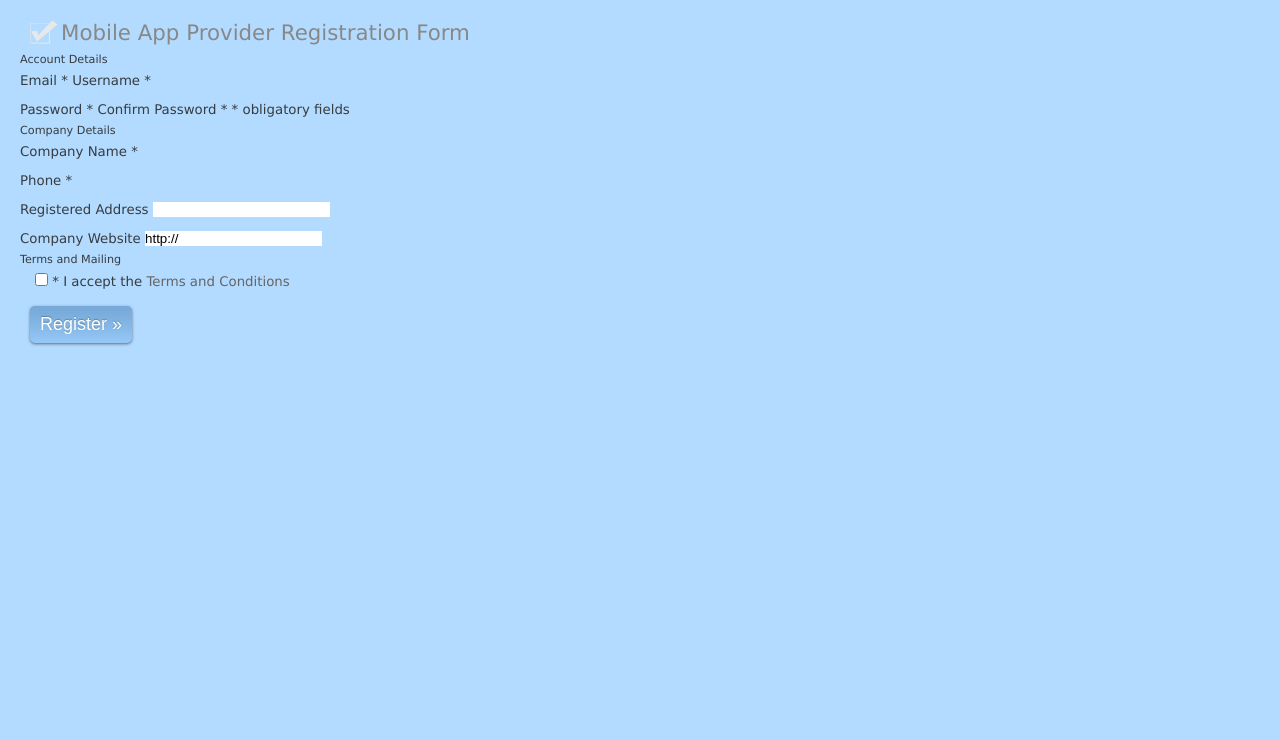
Repository: Bindu1006/CrowdTester
Page: http://localhost/CrowdTesterProject/jsp/AppProviderRegistrationPage.jsp
The author's editor kept a copy of each file at every save. The page is drawn from the files as they stood at one save, then again after the next save.
The browser window is 1280 px wide. The pictures show the whole page.
The page is served by Tomcat 9.

Above is the page before, as saved 2015-11-25 00:39:57.

After the next save:
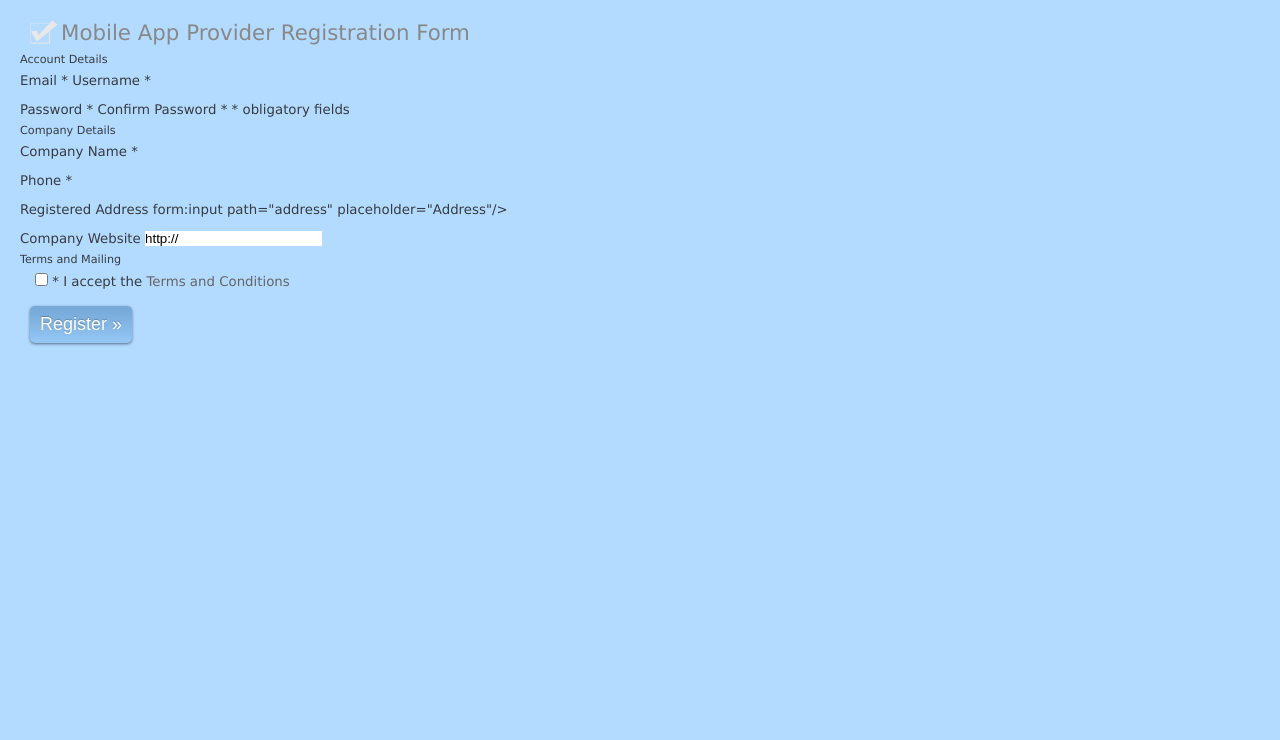
Saved 119 s later.
--- a/CrowdTesterProject/WebContent/jsp/AppProviderRegistrationPage.jsp
+++ b/CrowdTesterProject/WebContent/jsp/AppProviderRegistrationPage.jsp
@@ -47,7 +47,7 @@
                 <p>
                     <label class="optional">Registered Address
                     </label>
-                    <input type="text" class="long"/>
+                    form:input path="address" placeholder="Address"/>
                 </p>
                 <p>
                     <label class="optional">Company Website
